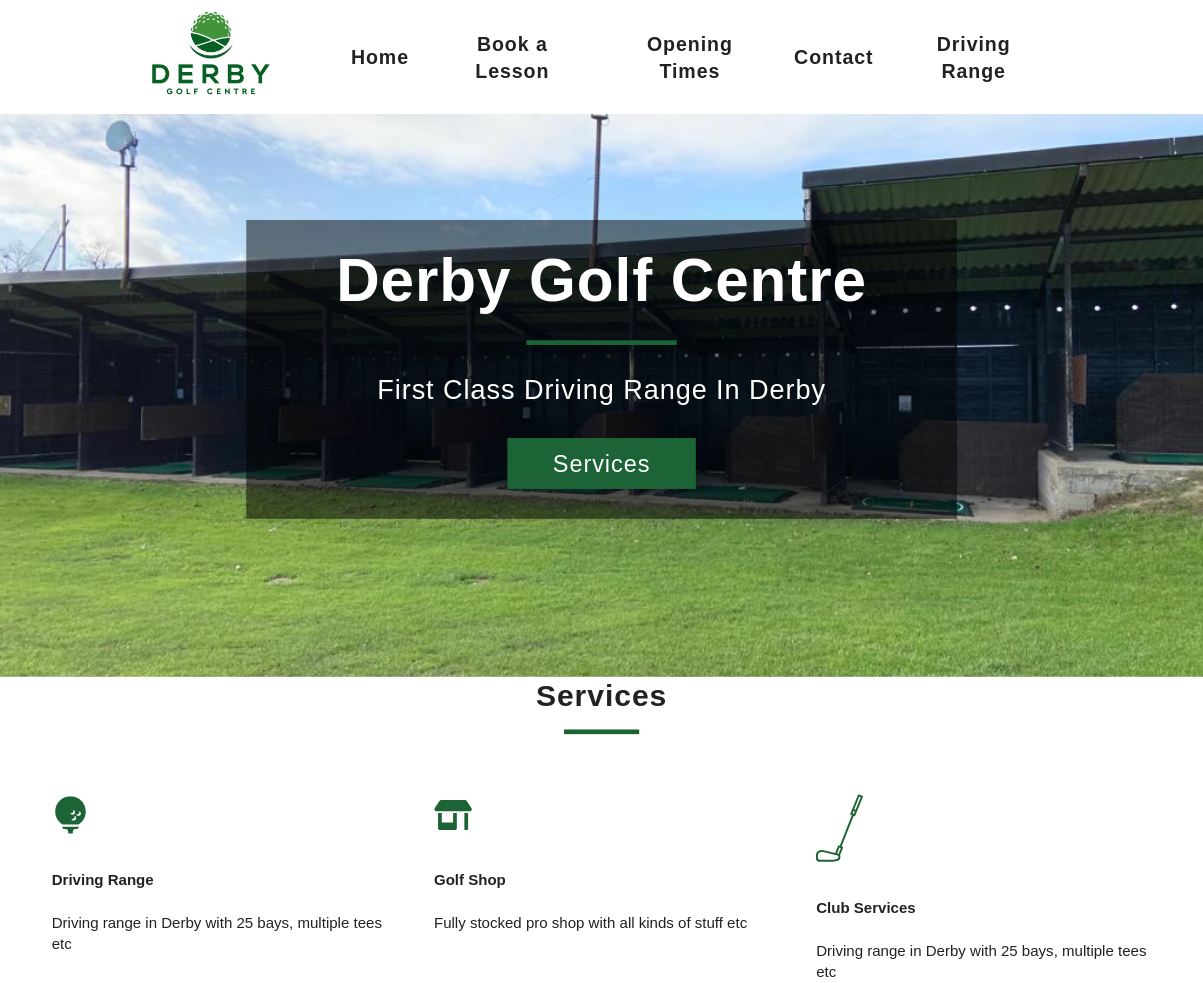
Repository: frankinstyyn/nigeljamesconsulting
Page: /
An editor plug-in stored every save of this project. The page is shown before and after the next save, followed by the edit.
The browser window is 1280 px wide. The pictures show the whole page, at 94% of full size.
Some web fonts or font styles are not loaded; a fallback is used. The project was rebuilt for these pictures with package versions that can differ from the ones it lists, and the page was loaded fresh each time. Also part of the build but not shown: src/pages/Lesson.js, src/pages/SingleRoom.js, src/pages/Error.js.

Above is the page before, as saved 2021-01-08 17:41:52.

### public/index.html
<!DOCTYPE html>
<html lang="en">
  <head>
    <meta charset="utf-8" />
    <link rel="icon" href="%PUBLIC_URL%/favicon.ico" />
    <meta name="viewport" content="width=device-width, initial-scale=1" />
    <meta name="theme-color" content="#000000" />
    <meta
      name="description"
      content="Web site created using create-react-app"
    />
    <link rel="apple-touch-icon" href="%PUBLIC_URL%/logo192.png" />
    <!--
      manifest.json provides metadata used when your web app is installed on a
      user's mobile device or desktop. See https://developers.google.com/web/fundamentals/web-app-manifest/
    -->
    <link rel="manifest" href="%PUBLIC_URL%/manifest.json" />
    <!--
      Notice the use of %PUBLIC_URL% in the tags above.
      It will be replaced with the URL of the `public` folder during the build.
      Only files inside the `public` folder can be referenced from the HTML.

      Unlike "/favicon.ico" or "favicon.ico", "%PUBLIC_URL%/favicon.ico" will
      work correctly both with client-side routing and a non-root public URL.
      Learn how to configure a non-root public URL by running `npm run build`.
    -->
    <title>Derby Golf Centre</title>
  </head>
  <body>
    <noscript>You need to enable JavaScript to run this app.</noscript>
    <div id="root"></div>
    <!--
      This HTML file is a template.
      If you open it directly in the browser, you will see an empty page.

      You can add webfonts, meta tags, or analytics to this file.
      The build step will place the bundled scripts into the <body> tag.

      To begin the development, run `npm start` or `yarn start`.
      To create a production bundle, use `npm run build` or `yarn build`.
    -->
  </body>
</html>

### src/index.js
import React from "react";
import ReactDOM from "react-dom";
import "./index.css";
import { BrowserRouter as Router } from "react-router-dom";
import App from "./App";
import reportWebVitals from "./reportWebVitals";

ReactDOM.render(
  <Router>
    <App />
  </Router>,
  document.getElementById("root")
);

// If you want to start measuring performance in your app, pass a function
// to log results (for example: reportWebVitals(console.log))
// or send to an analytics endpoint. Learn more: https://bit.ly/CRA-vitals
reportWebVitals();

### src/index.css
@import url("https://fonts.googleapis.com/css2?family=Darker+Grotesque:wght@300;800&display=swap");

body {
  margin: 0;
  font-family: -apple-system, BlinkMacSystemFont, "Segoe UI", "Roboto", "Oxygen",
    "Ubuntu", "Cantarell", "Fira Sans", "Droid Sans", "Helvetica Neue",
    sans-serif;
  -webkit-font-smoothing: antialiased;
  -moz-osx-font-smoothing: grayscale;
}

code {
  font-family: source-code-pro, Menlo, Monaco, Consolas, "Courier New",
    monospace;
}

### src/App.js
import "./App.css";
import Home from "./pages/Home";
import Lesson from "./pages/Lesson";
import SingleRoom from "./pages/SingleRoom";
import Error from "./pages/Error";

import { Route, Switch } from "react-router-dom";

import Navbar from "./components/Navbar";

function App() {
  return (
    <>
      <Navbar />
      <Switch>
        <Route exact path="/" component={Home} />
        <Route exact path="/lesson" component={Lesson} />
        <Route exact path="/lesson/:slug" component={SingleRoom} />
        <Route component={Error} />
      </Switch>
    </>
  );
}

export default App;

### src/App.css
* {
  margin: 0;
  padding: 0;
  box-sizing: border-box;
  font-family: "Darker Grotesque", sans-serif;
}
:root {
  --primaryColor: #1c6435;
  --mainWhite: #fff;
  --offWhite: #f7f7f7;
  --mainBlack: #222;
  --mainGrey: #ececec;
  --darkGrey: #cfcfcf;
  --mainTransition: all 0.3s linear;
  --mainSpacing: 1px;
  --lightShadow: 2px 5px 3px 0px rgba(0, 0, 0, 0.5);
  --darkShadow: 4px 10px 5px 0px rgba(0, 0, 0, 0.5);
}
/* globals */
body {
  padding-top: 66px;
  color: var(--mainBlack);
  background: var(--mainWhite);
  font-family: Verdana, Geneva, Tahoma, sans-serif;
  line-height: 1.4;
}
h1 {
  font-size: 3em;
  line-height: 1;
  margin-bottom: 0.5em;
}
h2 {
  font-size: 2em;
  margin-bottom: 0.75em;
}
h3 {
  font-size: 1.5em;
  line-height: 1;
  margin-bottom: 1em;
}
h4 {
  font-size: 1.2em;
  line-height: 1.25;
  margin-bottom: 1.25em;
}
h5 {
  font-size: 1em;
  font-weight: bold;
  margin-bottom: 1.5em;
}
h6 {
  font-size: 1em;
  font-weight: bold;
  margin-bottom: 1.5em;
}

.btn-primary {
  display: inline-block;
  text-decoration: none;
  letter-spacing: var(--mainSpacing);
  color: var(--mainWhite);
  background: var(--primaryColor);
  padding: 0.4rem 0.9rem;
  border: 3px solid var(--primaryColor);
  transition: var(--mainTransition);
  /* text-transform: uppercase; */
  cursor: pointer;
  width: 200px;
  font-size: 25px;
}
.btn-primary:hover {
  background: transparent;
  color: var(--primaryColor);
}
.loading {
  text-transform: capitalize;
  text-align: center;
  margin-top: 3rem;
}
.error {
  text-align: center;
  text-transform: uppercase;
  margin: 2rem 0;
}
.empty-search {
  text-align: center;
  text-transform: capitalize;
  margin: 2rem 0;
  padding: 1rem;
  letter-spacing: var(--mainSpacing);
}
/* end of globals */
/* Navbar */
.logo {
  height: 91px;
}
.navbar {
  position: fixed;
  top: 0;
  left: 0;
  width: 100%;
  padding: 0.75rem 2rem;
  background: var(--mainWhite);
  z-index: 1;
  display: inline-block;
  vertical-align: middle;
  text-align: center;
}
.nav-header {
  display: flex;
  justify-content: space-between;
}
.nav-btn {
  background: transparent;
  border: none;
  cursor: pointer;
  outline: none;
  color: red;
}
.nav-icon {
  font-size: 1.5rem;
  color: var(--primaryColor);
}
.nav-links {
  height: 0;
  overflow: hidden;
  transition: var(--mainTransition);
  list-style-type: none;
  align-items: center;
}
.nav-links a {
  display: block;
  text-decoration: none;
  padding: 1rem;
  color: var(--mainBlack);
  transition: var(--mainTransition);
  text-align: center;
  font-size: 1.3rem;
  font-weight: 600;
  letter-spacing: var(--mainSpacing);
}
.nav-links a:hover {
  color: var(--mainWhite);
  background: var(--primaryColor);
}

.show-nav {
  height: 310px;
}
@media screen and (min-width: 1028px) {
  .nav-btn {
    display: none;
  }
  .nav-center {
    max-width: 1170px;
    margin: 0 10%;
    display: flex;
  }
  .nav-links {
    height: auto;
    display: flex;
    margin-left: 4rem;
  }
  .nav-links a {
    /* margin: 0 1rem; */
    padding: 1rem;
  }
}
/* end of navbar */
/* Hero */
.defaultHero,
.lessonHero {
  min-height: calc(100vh - 66px);
  background: url("./images/defaultBcg.jpeg") center/cover no-repeat;
  display: flex;
  align-items: center;
  justify-content: center;
}
.lessonHero {
  background-image: url("./images/room-2.jpeg");
  /* min-height: 60vh; */
}
/* End of Hero */
/* Banner */
.banner {
  display: inline-block;
  background: rgba(0, 0, 0, 0.5);
  color: var(--mainWhite);
  padding: 2rem 1rem;
  text-align: center;
  text-transform: capitalize;
  letter-spacing: var(--mainSpacing);
}
.banner h1 {
  font-size: 2.5rem;
}
.banner div {
  width: 10rem;
  height: 5px;
  background: var(--primaryColor);
  margin: 1.7rem auto;
}
.banner p {
  font-size: 1.8rem;
  margin-bottom: 2rem;
}
@media screen and (min-width: 576px) {
  .banner {
    padding: 2rem 3rem;
  }
  .banner h1 {
    font-size: 3rem;
  }
}
@media screen and (min-width: 992px) {
  .banner {
    padding: 2rem 6rem;
  }
  .banner h1 {
    font-size: 4rem;
  }
}
/* End of Banner */
/* Title */
.section-title {
  text-align: center;
  margin-bottom: 4rem;
}
.section-title h4 {
  font-size: 2rem;
  letter-spacing: var(--mainSpacing);
  text-transform: capitalize;
  margin-bottom: 1rem;
}
.section-title div {
  width: 5rem;
  height: 5px;
  margin: 0 auto;
  background: var(--primaryColor);
}
/* end of Title */

/* services */
.services {
  padding: 5rem 0;
}
.services {
  background: var(--darkGrey);
  text-align: center;
}
.services-center {
  width: 90vw;
  margin: 0 auto;
  display: grid;
  grid-template-columns: repeat(auto-fit, minmax(255px, 1fr));
  grid-row-gap: 2rem;
  grid-column-gap: 50px;
}
.service span {
  display: inline-block;
  color: var(--primaryColor);
  font-size: 2.5rem;
  margin-bottom: 1.5rem;
}
.services h6 {
  letter-spacing: var(--mainSpacing);
}
.services p {
  width: 80%;
  margin: 0 auto;
}

.servicesImg {
  width: 50px;
}
@media screen and (min-width: 992px) {
  .services-center {
    width: 95vw;
    max-width: 1170px;
  }
}

@media screen and (min-width: 1200px) {
  .services p {
    width: 100%;
  }
}
/*end of services */
/* featured rooms */

.featured-rooms {
  padding: 5rem 0;
}
.featured-rooms-center {
  width: 80vw;
  margin: 0 auto;
  display: grid;
  grid-template-columns: repeat(auto-fit, minmax(270px, 1fr));
  grid-row-gap: 2rem;
  grid-column-gap: 40px;
}
@media screen and (min-width: 776px) {
  .featured-rooms-center {
    width: 90vw;
    grid-template-columns: repeat(auto-fit, minmax(330px, 1fr));
  }
}
@media screen and (min-width: 992px) {
  .featured-rooms-center {
    width: 95vw;
    max-width: 1170px;
  }
}
/* end pf featured rooms */
/* room */
.room {
  box-shadow: var(--lightShadow);
  transition: var(--mainTransition);
}
.room:hover {
  box-shadow: var(--darkShadow);
}

.img-container {
  position: relative;
}
.img-container img {
  width: 100%;
  display: block;
  transition: var(--mainTransition);
}
.price-top {
  position: absolute;
  top: 0;
  left: 0;
  background: rgba(0, 0, 0, 0.8);
  color: var(--mainWhite);
  padding: 0.3rem 0.6rem 0.5rem;
  border-bottom-right-radius: 1rem;
  font-size: 0.5rem;
  text-align: center;
  transition: var(--mainTransition);
}
.price-top h6 {
  margin-bottom: 0;
  font-size: 0.9rem;
  font-weight: 300;
  letter-spacing: var(--mainSpacing);
}
.room-link {
  position: absolute;
  top: 50%;
  left: 50%;
  transform: scale(0);
  transition: all 0.3s linear;
}
.img-container:hover {
  background: rgba(0, 0, 0, 0.8);
}
.img-container:hover img {
  opacity: 0.3;
}
.img-container:hover .price-top {
  opacity: 0;
}
.img-container:hover .room-link {
  transform: translate(-50%, -50%) scale(1);
}
.room-info {
  background: var(--darkGrey);
  text-transform: capitalize;
  padding: 0.5rem 0;
  text-align: center;
  font-weight: 700;
  letter-spacing: var(--mainSpacing);
}
/* end of room  */
/* single room*/

.single-room {
  padding: 5rem 0 0 0;
}
.single-room-images {
  width: 80vw;
  margin: 0 auto;
  display: grid;
  grid-template-columns: repeat(auto-fit, minmax(350px, 1fr));
  grid-row-gap: 2rem;
  grid-column-gap: 50px;
}
.single-room-images img {
  width: 100%;
  display: block;
}
.single-room-info {
  width: 80vw;
  display: grid;
  grid-template-columns: 1fr;
  margin: 2rem auto;
}
.desc,
.info {
  margin: 1rem 0;
}
.desc h3 {
  text-transform: capitalize;
  letter-spacing: var(--mainSpacing);
}
.desc p {
  line-height: 1.5;
}
.info h3,
.info h6 {
  text-transform: capitalize;
  letter-spacing: var(--mainSpacing);
}

.info h6 {
  font-weight: 300;
}
.room-extras {
  width: 80vw;
  margin: 0 auto 3rem auto;
}
.room-extras h6 {
  text-transform: capitalize;
  letter-spacing: var(--mainSpacing);
}
.extras {
  list-style-type: none;
  display: grid;
  grid-template-columns: repeat(auto-fit, minmax(330px, 1fr));
  grid-column-gap: 2rem;
  grid-row-gap: 1rem;
}
@media screen and (min-width: 992px) {
  .single-room-images,
  .single-room-info,
  .room-extras {
    width: 95vw;
    max-width: 1170px;
  }
  .single-room-info {
    display: grid;
    grid-template-columns: 1fr 1fr;
    grid-column-gap: 2rem;
  }
  .info {
    padding-left: 3rem;
  }
}
/* end of single room*/
/* roomlist */
.roomslist {
  padding: 5rem 0;
}
.roomslist-center {
  width: 80vw;
  margin: 0 auto;
  display: grid;
  grid-template-columns: repeat(auto-fill, minmax(270px, 1fr));
  grid-row-gap: 2rem;
  grid-column-gap: 30px;
}

@media screen and (min-width: 776px) {
  .roomslist-center {
    width: 90vw;
  }
}
@media screen and (min-width: 992px) {
  .roomslist-center {
    width: 95vw;
    max-width: 1170px;
  }
}
/* end of roomlist */
/*  rooms fitler*/
.filter-container {
  padding: 5rem 0;
}
.filter-form {
  width: 60vw;
  margin: 0 auto;
  display: grid;
  grid-template-columns: repeat(auto-fit, minmax(202px, 1fr));
  grid-row-gap: 2rem;
  grid-column-gap: 40px;
}
.form-group {
  text-transform: capitalize;
}
.form-group label {
  display: block;
  letter-spacing: var(--mainSpacing);
  margin-bottom: 0.5rem;
}
.form-control {
  width: 100%;
  background: transparent;
  font-size: 1rem;
}
.size-inputs {
  display: flex;
}
.size-input {
  width: 40%;
  padding: 0.2rem;
  border: 1px solid var(--mainBlack);
  border-radius: 0.3rem;
  margin-right: 0.3rem;
}
.single-extra label {
  display: inline-block;
  font-size: 0.8rem;
  margin-left: 0.5rem;
}
@media screen and (min-width: 776px) {
  .filter-form {
    width: 70vw;
  }
}
@media screen and (min-width: 992px) {
  .filter-form {
    width: 95vw;
    max-width: 1170px;
  }
}
/* end of rooms fitler*/

### src/pages/Home.js
import React from "react";
import Hero from "../components/Hero";
import Banner from "../components/Banner";
import { Link } from "react-router-dom";
import Services from "../components/Services"

export default function Home() {
  return (
    <>
    <Hero hero="defaultHero" >
      <Banner title="Derby Golf Centre" subtitle="First class Driving Range in Derby">
        <Link to="/lesson" className="btn-primary">
          Services
      </Link>
      </Banner>
      </Hero>
      <Services />
      </>
  );
}

### src/components/Navbar.js
import React, { Component } from "react";
// import { IoGolf } from "react-icons/io5";
import logo from "../images/sdrlogo.jpeg";
import { FaAlignRight } from "react-icons/fa";
import { Link } from "react-router-dom";

export default class Navbar extends Component {
  state = {
    isOpen: false,
  }
  handleToggle = () => {
    this.setState({ isOpen: !this.state.isOpen });
  }
  render() {
    return <nav className="navbar">
      <div class="nav-center">
        <div class="nav-header">
          <Link to="/">
            <img className="logo" src={logo} alt="Derby Golf Centre" />
          </Link>
          <button type="button" className="nav-btn" onClick={this.handleToggle}>
            <FaAlignRight className="nav-icon" />
          </button>
        </div>
        <ul className={this.state.isOpen ? "nav-links show-nav" : "nav-links"}>
          <li>
            <Link to="/">Home</Link>
          </li>
          <li>
            <Link to="/lesson">Book a Lesson</Link>
          </li>
          <li>
            <Link to="/opening-times">Opening Times</Link>
          </li>
          <li>
            <Link to="/contact">Contact</Link>
          </li>
          <li>
            <Link to="/driving-range">Driving Range</Link>
          </li>
        </ul>
      </div>
    </nav>;
  }
}

### src/components/Hero.js
import React from 'react'

export default function Hero({children, hero}) {
    return (
        <header className={hero}>{children}</header>
    )
}

### src/components/Banner.js
import React from 'react'

export default function Banner({children,title,subtitle}) {
    return (
        <div className="banner">
            <h1>{title}</h1>
            <div></div>
            <p>{subtitle}</p>
            {children}
        </div>
    )
}

### src/components/Services.js
import React, { Component } from 'react'
import { FaGolfBall, FaStoreAlt } from 'react-icons/fa'
import golfclub from '../images/golf-club.svg'
import Title from "./Title"


export default class Services extends Component {
    state = {
        services: [
            {
                icon: <FaGolfBall />,
                title: "Driving Range",
                info: "Driving range in Derby with 25 bays, multiple tees etc"
            },
            {
                icon: <FaStoreAlt />,
                title: "Golf Shop",
                info: "Fully stocked pro shop with all kinds of stuff etc"
            },
            {
                icon: <img src={golfclub} className="servicesImg" alt="Club Services"/>,
                title: "Club Services",
                info: "Driving range in Derby with 25 bays, multiple tees etc"
            }
        ]
    };
    render() {
        return (
            <section className="Services">
                <Title title="services" />
                <div className="services-center">
                    {this.state.services.map((item, index) => {
                        return (
                            <article key={index} className="service">
                                <span>{item.icon}</span>
                                <h6>{item.title}</h6>
                                <p>{item.info}</p>
                            </article>
                        )
                    })}
                </div>
            </section>
        )
    }
}

Loaded but not shown: src/reportWebVitals.js (common file); src/components/Title.js (common file)

After the next save:
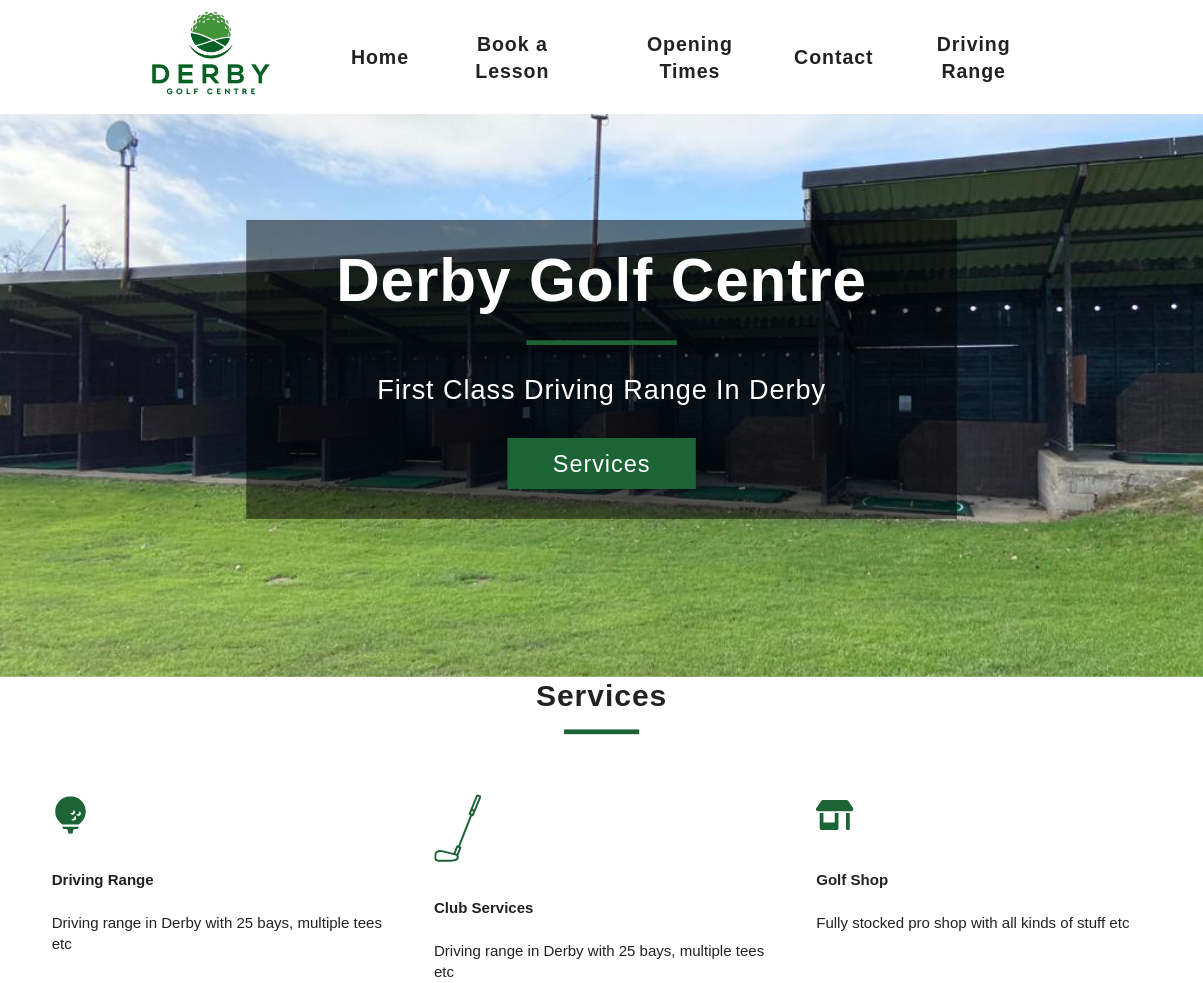
Saved 4 min 9 s later.
--- a/src/components/Services.js
+++ b/src/components/Services.js
@@ -13,14 +13,14 @@
                 info: "Driving range in Derby with 25 bays, multiple tees etc"
             },
             {
+                icon: <img src={golfclub} className="servicesImg" alt="Club Services"/>,
+                title: "Club Services",
+                info: "Driving range in Derby with 25 bays, multiple tees etc"
+            },
+            {
                 icon: <FaStoreAlt />,
                 title: "Golf Shop",
                 info: "Fully stocked pro shop with all kinds of stuff etc"
-            },
-            {
-                icon: <img src={golfclub} className="servicesImg" alt="Club Services"/>,
-                title: "Club Services",
-                info: "Driving range in Derby with 25 bays, multiple tees etc"
             }
         ]
     };
